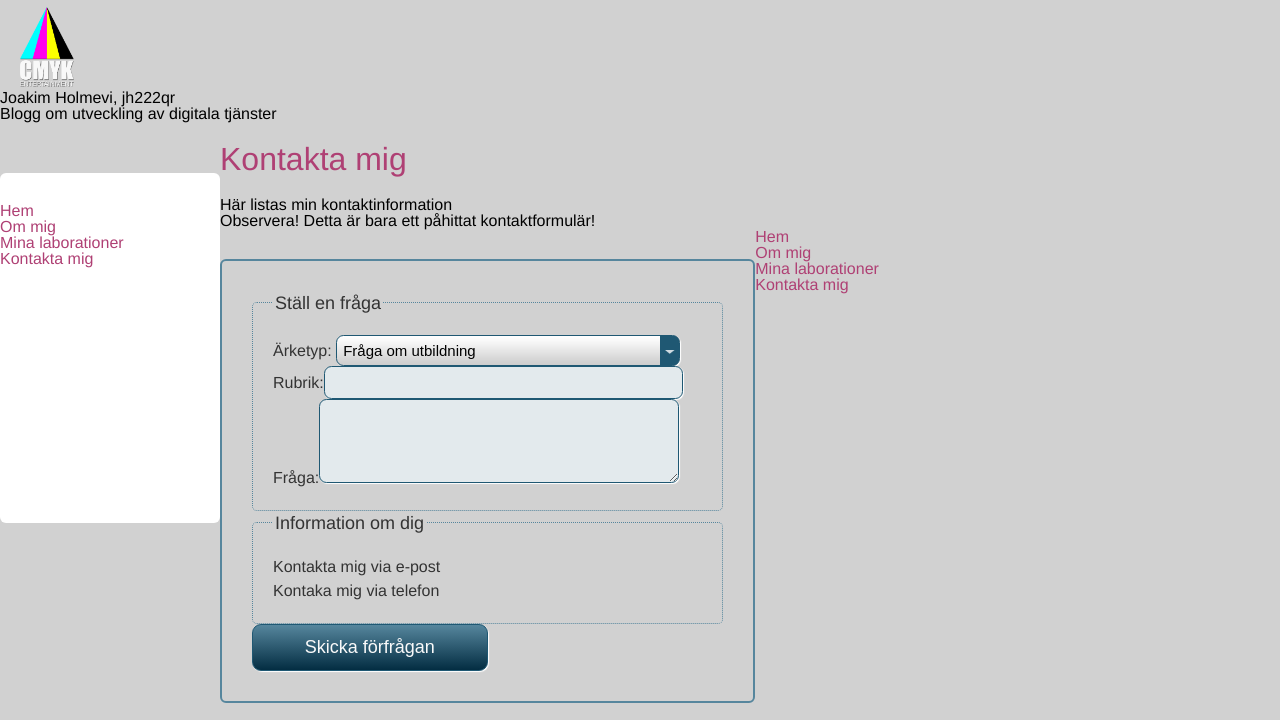
Repository: Holmewi/1ik415-jh222qr-laborationer
Page: pages/kontakt.html
The author's editor kept a record of every edit. The page is drawn from the files as they stood at one moment, then again after the next edit.
The browser window is 1280 px wide. The pictures show the whole page.

Above is the page before.

After the next edit:
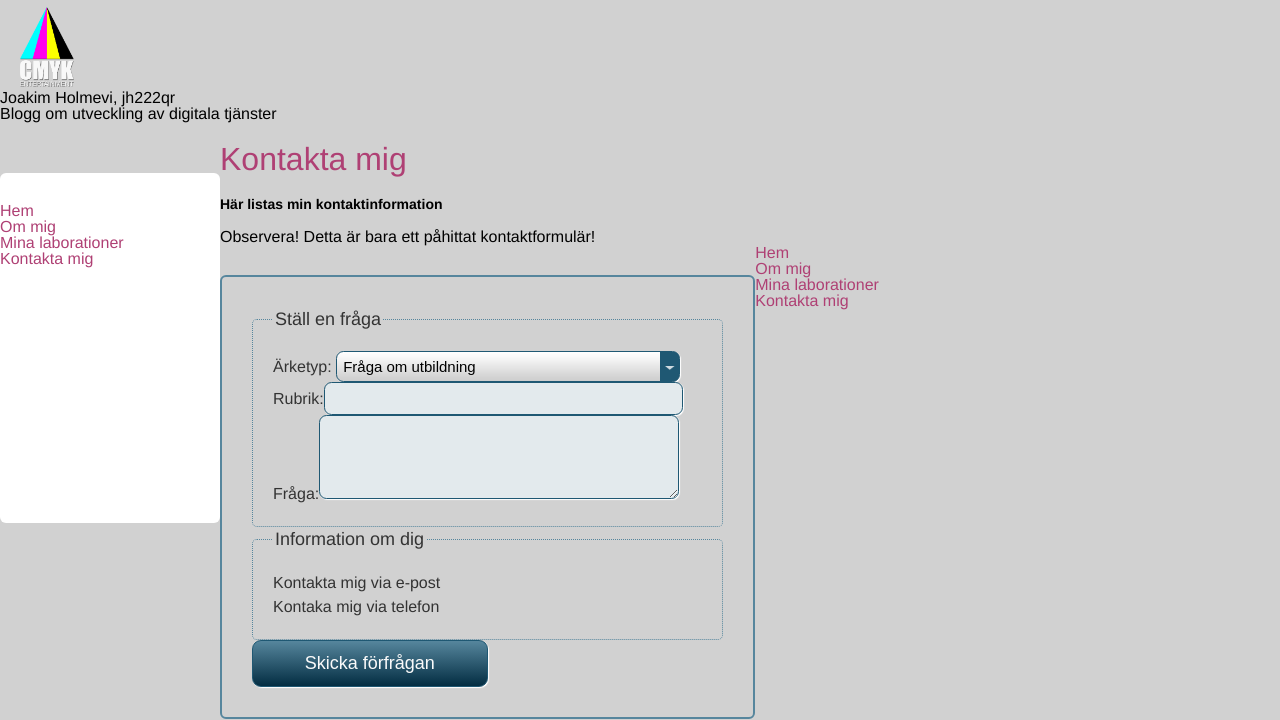
The edit:
--- a/pages/kontakt.html
+++ b/pages/kontakt.html
@@ -24,7 +24,7 @@
 
             <content class="borderRadius">
                 <h1>Kontakta mig</h1>
-                <p>Här listas min kontaktinformation</p>
+                <h4>Här listas min kontaktinformation</h4>
                 <p>Observera! Detta är bara ett påhittat kontaktformulär!</p>
 
                 <a id="kontaktform"></a>
